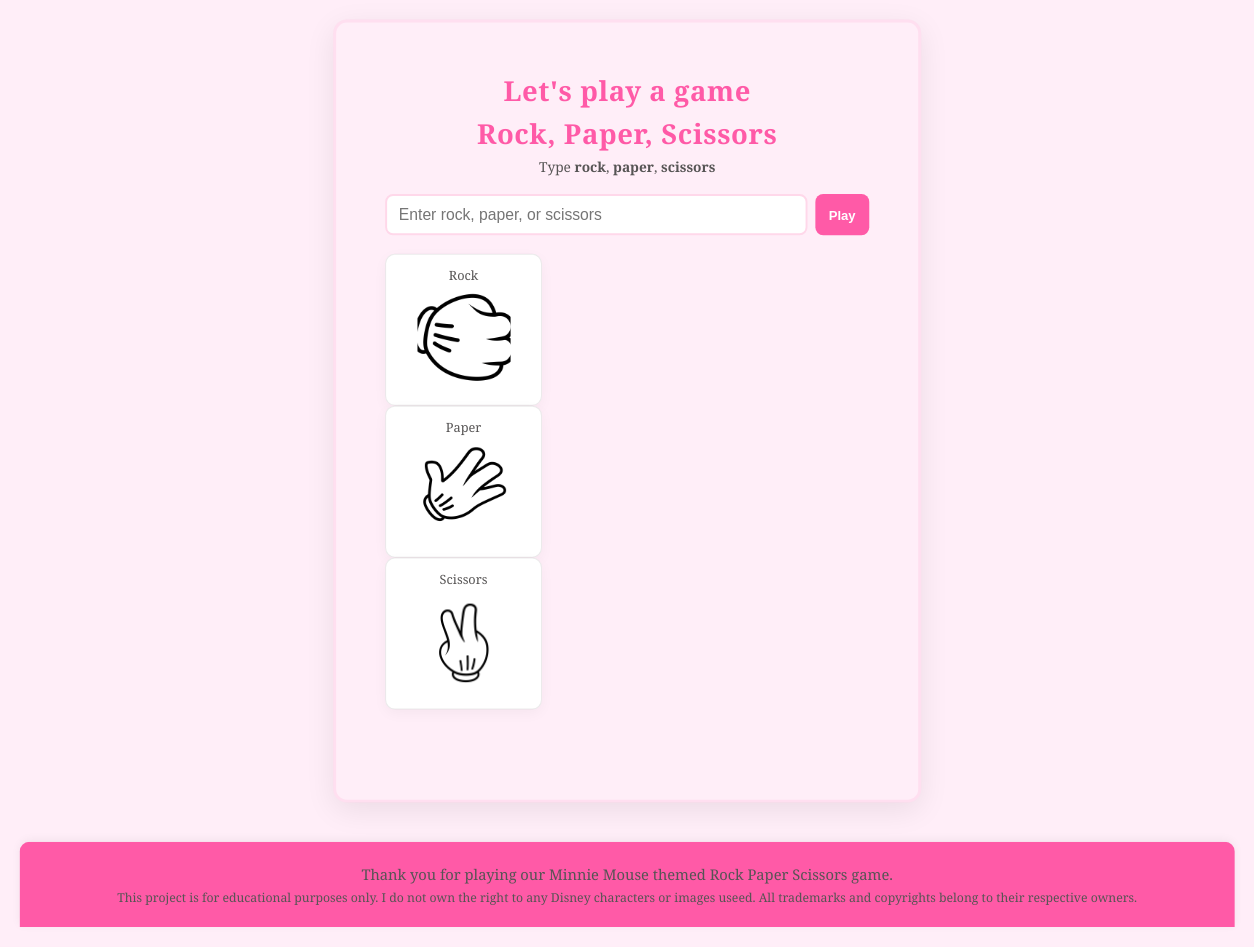
Repository: brittanyramirez/RPS-Game
Page: rps.html
An editor plug-in stored every save of this project. The page is shown before and after a run of saves, followed by the edit.
The browser window is 1280 px wide. The pictures show the whole page, at 98% of full size.

Above is the page before, as saved 2025-11-14 18:37:00.

### rps.html
<!DOCTYPE html>
<html lang="en">
<head>
    <meta charset="UTF-8">
    <meta name="viewport" content="width=device-width, initial-scale=1.0">
    <link rel="stylesheet" href="rps.css">
    <title>Rock Paper Scissor Game</title>

</head>
<body>
    <!-- This is the main container that holds the whole game-->
    <div class="page-center">
        <div class="container">

         <h1 class="title">Let's play a game</h1>
         <h2 class="title">Rock, Paper, Scissors</h2>

         <!--instructions-->
         <p class="subtitle"> Type <strong>rock</strong>, <strong>paper</strong>, <strong>scissors</strong></p>

         <!-- this is the input box-->
         <div class="input-row">
            <input id="userInput" type="text" placeholder="Enter rock, paper, or scissors" autocomplete="off">
            <button id="playBtn"> Play</button>
    </div>
  <!-- animation section-->
   <h3></h3>
    <div class="display-row">

        <!--rock image-->
        <div class="choice-block">
            <div class="label">Rock</div>
            <img id="rock" class="choice-img" src="images/rockmickey.png" alt="rock">
        </div>

        <!--paper image-->
     <div class="choice-block">
            <div class="label">Paper</div>
            <img id="paper" class="choice-img" src="images/paperminnie.png" alt="paper">
    </div>

        <!--scissors image-->
        <div class="choice-block">
            <div class="label">Scissors</div>
            <img id="scissors" class="choice-img" src="images/scissorsminnie.png" alt="scissors">
        </div>

    </div> <!--end of display row-->

</div>  <!--end of container-->
</div> <!--end of page-center-->
<script src="rps.js"></script>

     <footer class="site-footer">
Thank you for playing our Minnie Mouse themed Rock Paper Scissors game. <br> <small>
    This project is for educational purposes only. I do not own the right to any Disney characters or images useed. All trademarks and copyrights belong to their respective owners.
</small>
</footer>
    </body>

</html>

### rps.css
:root{
    --bg: #fff6fb;
    --card: #ffeef8;
    --accent: #ff5aa7;
    --text: #222;
    --muted: #565454;
}
*{box-sizing:border-box}
/* asterisk= universal selector ; applying this to every element on the entire page---- changes how width and height are calculated for all elements. Prevents from elements from accidentally growing bigger
*/

body{
    margin: 0;
    font-family: Cambria, Cochin, Georgia, Times, 'Times New Roman', serif;
    background: var(--card);
    color:var(--text);
    display: block;
    min-height: 100vh;
    padding: 20px;
}

.page-center{
    display: flex;
    justify-content: center;
    width: 100%;
}
.container{
    width: 600px;
    max-width: 90%;
    background: var(--card);
    border-radius: 14px;
    padding: 50px;
    box-shadow: 0 8px 30px rgba(0,0,0,0.08);
    text-align: center;
    border: 3px solid rgba(255,90,167,0.1);
}
.title{
    margin: 0 0 6px;
    font-size: 28px;
    letter-spacing: 0.6px;
    color:var(--accent);
}

.subtitle{
    margin: 0 0 18px;
    color:var(--muted);
    font-size:14px;
}

.input-row{
    display:flex;
    gap:8px;
    justify-content: center;
    margin-bottom:18px;
}

input#userInput{
    flex:1;
    padding: 10px 12px;
    font-size:16px;
    border-radius: 8px;
    border: 2px solid #ffd8ea;
    outline:none;
    background: #fff;
}

button#playBtn{
    padding: 10px 14px;
    border-radius: 8px;
    background:var(--accent);
    color:white;
    font-weight: 600;
    border:none;
    cursor: pointer;
}

.display{
    display: flex;
    gap:18px;
    justify-content: center;
    margin-top:8px;
    flex-wrap: wrap;
}

.choice-block{
    width:160px;
    background:white;
    border-radius: 10px;
    padding: 12px;
    border: 1px solid rgba(0,0,0,0.08);
    box-shadow: 0 4px 14px rgba(0,0,0,0.04);
}

.label{
    font-size: 13px;
    color:var(--muted);
    margin-bottom: 8px;
}

.choice-img{
    width: 95px;
    height: 95px;
    object-fit: contain;
    display:block;
    margin: 0 auto 8px;
}

.choice-text{
    min-height: 20px;
    font-weight: 700;
    color:var(--text);
    font-size: 16px;
}

.hidden{
    display:none
}

.result{
    margin-top: 16px;
    font-size: 20px;
    font-weight: 700;
    color:var(--accent);
    min-height: 26px;
}

.site-footer {
    text-align: center;
    padding: 20px 0;
    font-size: 15px;
    color: var(--muted);
    background-color: #ff5aa7;
    border-top: 2px solid rgba(255,90,167,0.1);
    margin-top: 40px;
    width: 100%;
    border-radius: 10px 10px 0 0;
    box-shadow: 0 -2px 10px rgba(0,0,0,0.05);
    line-height: 1.5;
}

@keyframes shake{
    0% {transform: translateX(0); }
    25% {transform: translateX(-10px); }
    50% {transform: translateX(-10px); }
    75% {transform: translateX(-10px); }
    100% {transform: translateX(0); }
}
.shake{
    animation: shake 0.4s ease-in-out 3;
}

### rps.js
// these are the only valid inputs the user can type
const validChoices =["rock","paper", "scissors"];


const images = {
    rock: "rockmickey.png",
    paper: "paperminnie.png",
    scissors: "scissorsminnie.png"
};

//grabs input and button elements from html
const userInput = document.getElementById("userInput");
const playBtn = document.getElementById("playBtn");

// this will display the result text in the html
const resultDiv = document.createElement("div");
resultDiv.id = "result";
resultDiv.className = "result";
document.querySelector(".container").appendChild(resultDiv);



//function: randomly pick rock, paper, or scissors for the computer
function getComputerChoice() {
    const i = Math.floor(Math.random() * 3);
    return validChoices[i];
}

//function: compare choices and return the winner message
function decideWinner(user, computer){
    if (user === computer) return "It's a tie 🤷🏻‍♀️";
    if(
        (user === "rock" && computer === "scissors") ||
        (user === "paper" && computer === "rock") ||
        (user === "scissors" && computer === "paper")
    ) {
         return "You win!🎉";
    }
    return "Computer wins❌💻";
}

//main game function (runs when user clicks play)
function PlayGame(){
    //gets usere input
    const raw = userInput.value.trim().toLowerCase();

    //validate the input
    if (!validChoices.includes(raw)) {
        resultDiv.textContent = "❌Please enter rock, paper, or scissors.";
        return;
    }

    //choices
    const userChoice = raw;
    const computerChoice = getComputerChoice();

    //decide winner
    const result = decideWinner(userChoice, computerChoice);

    //display result

    resultDiv.textContent =
    `You chose: ${userChoice}| Computer chose: ${computerChoice}→${result}`;
}

//click button → play game
playBtn.addEventListener("click", PlayGame);

//press enter → play game
userInput.addEventListener("keydown", function (e){
    if (e.key === "Enter") PlayGame();
});

After the next 2 saves:
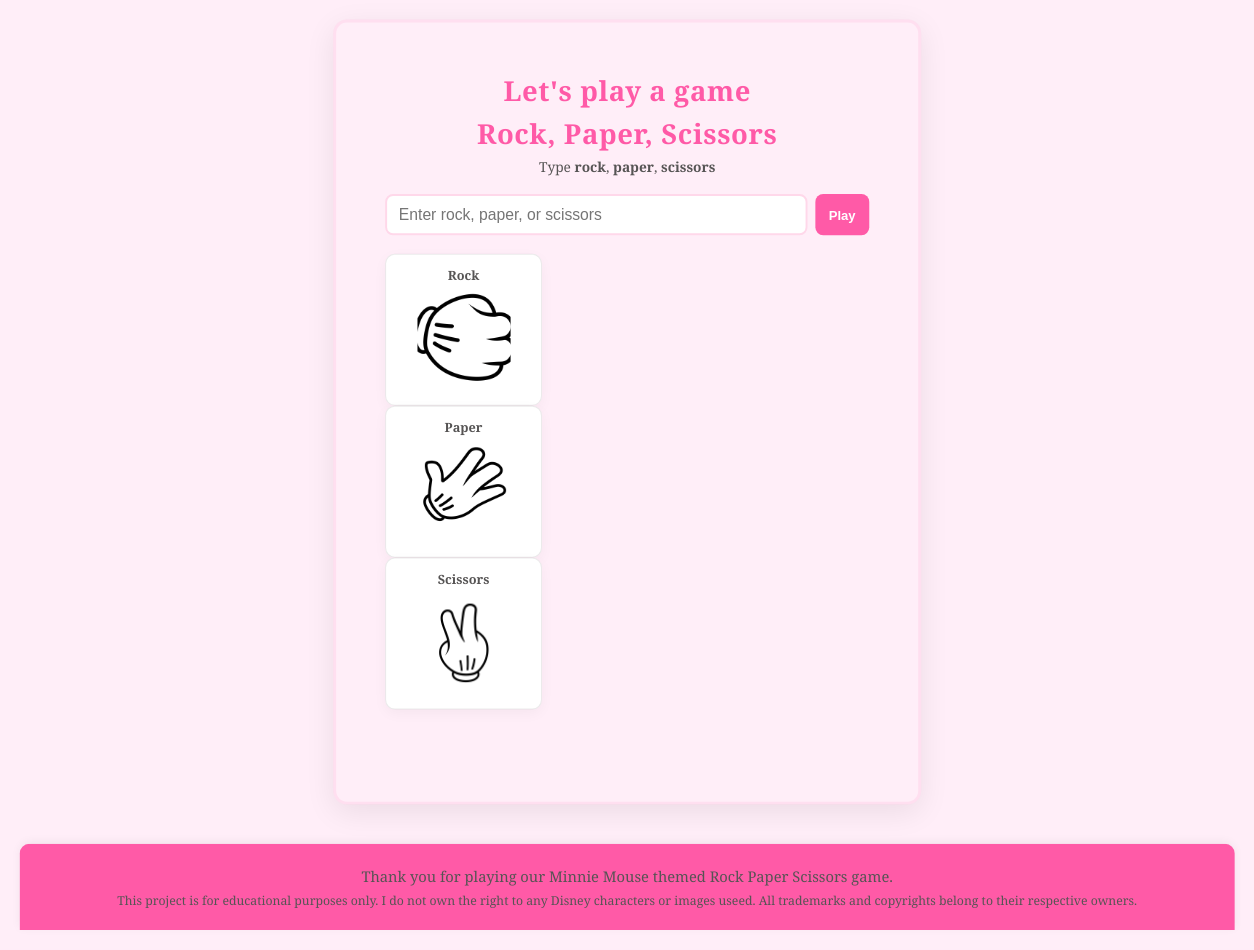
The 2 saves are shown as one change because they came seconds apart.
The last was saved 7 s later.
--- a/rps.html
+++ b/rps.html
@@ -24,7 +24,7 @@
             <button id="playBtn"> Play</button>
     </div>
   <!-- animation section-->
-   <h3></h3>
+   <h3 class="</h3>
     <div class="display-row">
 
         <!--rock image-->

After the save that followed:
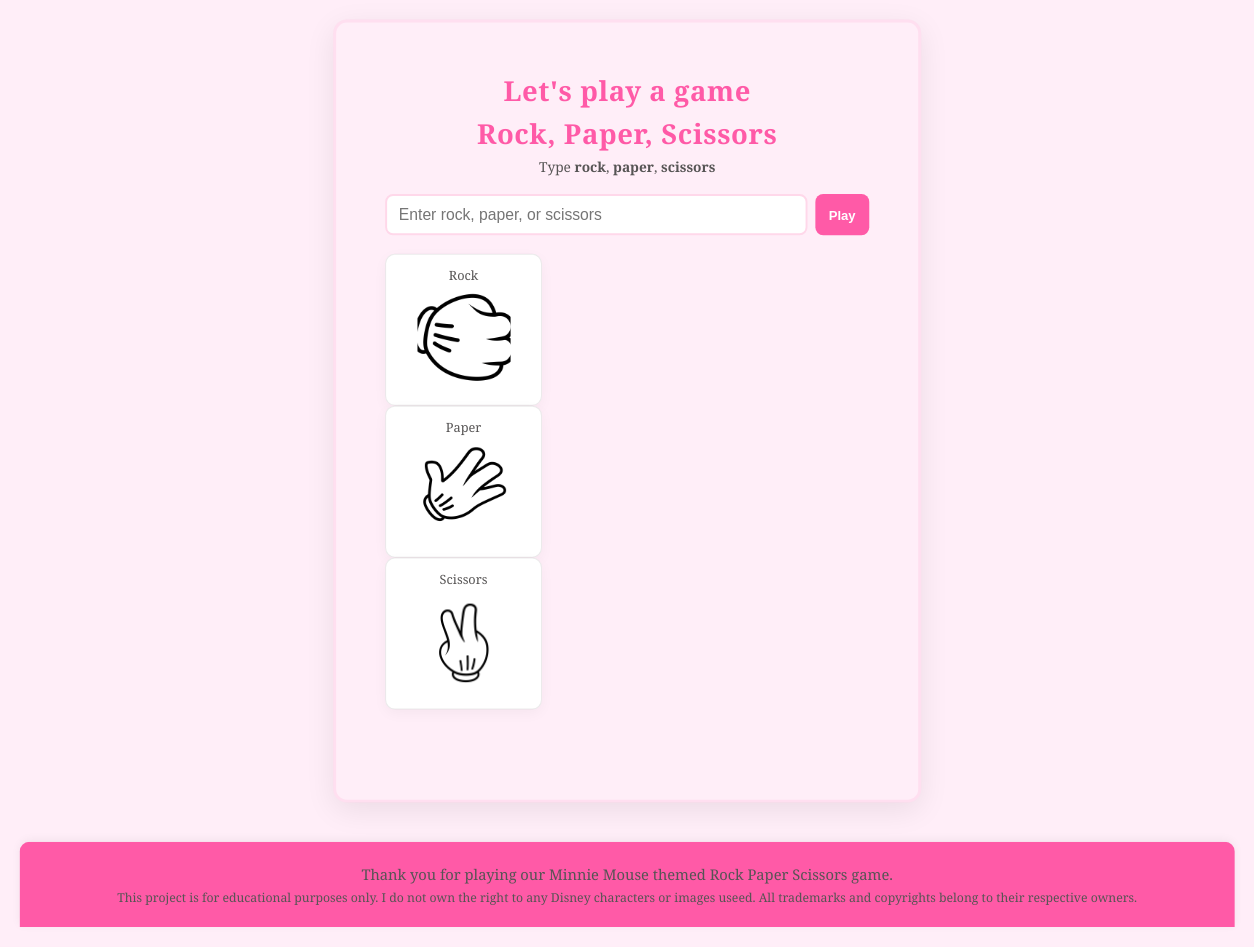
Saved 18 s later.
--- a/rps.html
+++ b/rps.html
@@ -24,7 +24,7 @@
             <button id="playBtn"> Play</button>
     </div>
   <!-- animation section-->
-   <h3 class="</h3>
+   <h3 class=""display-row"></h3>
     <div class="display-row">
 
         <!--rock image-->
